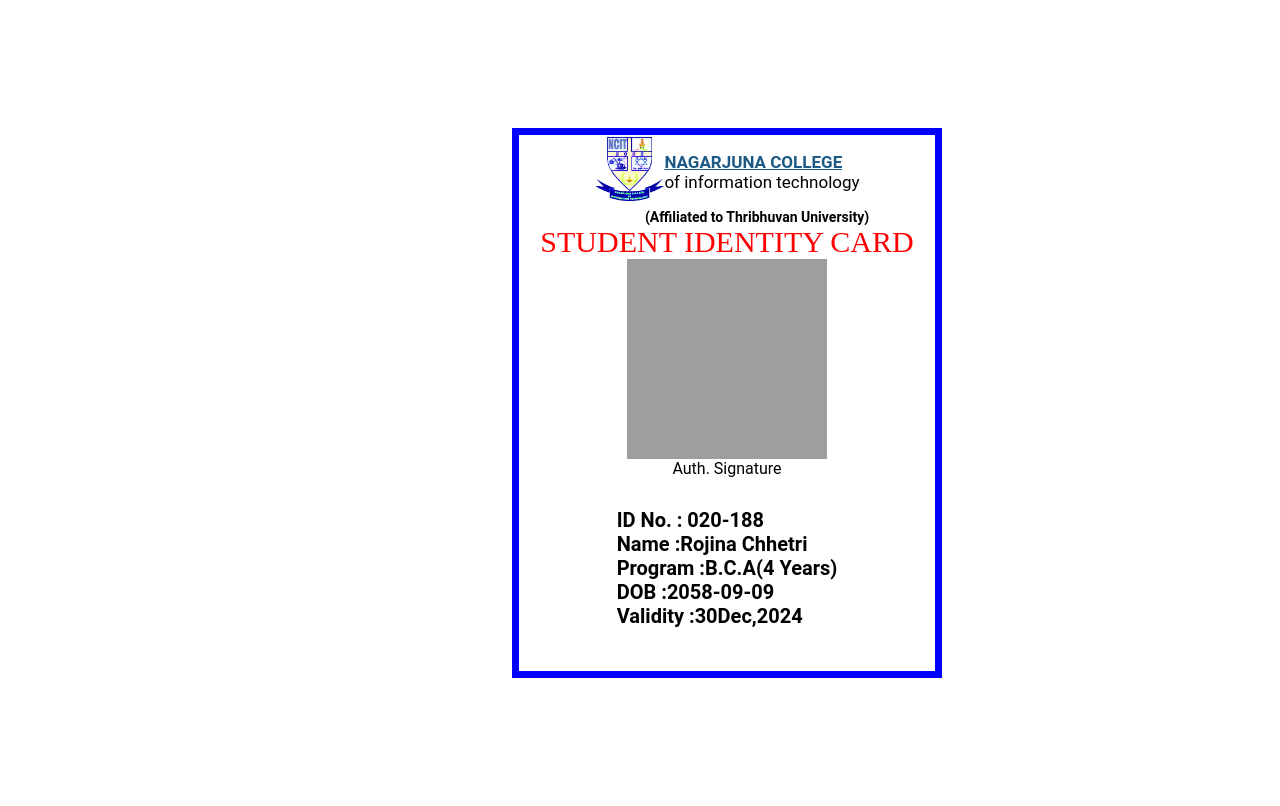
Repository: Rojinachhetri/roji
Page: rojina.html
An editor plug-in stored every save of this project. The page is shown before and after the next save, followed by the edit.
The browser window is 1280 px wide. The pictures show the whole page.
Pictures or frames that could not be fetched are drawn as grey boxes.

Above is the page before, as saved 2023-04-24 22:39:16.

After the next save:
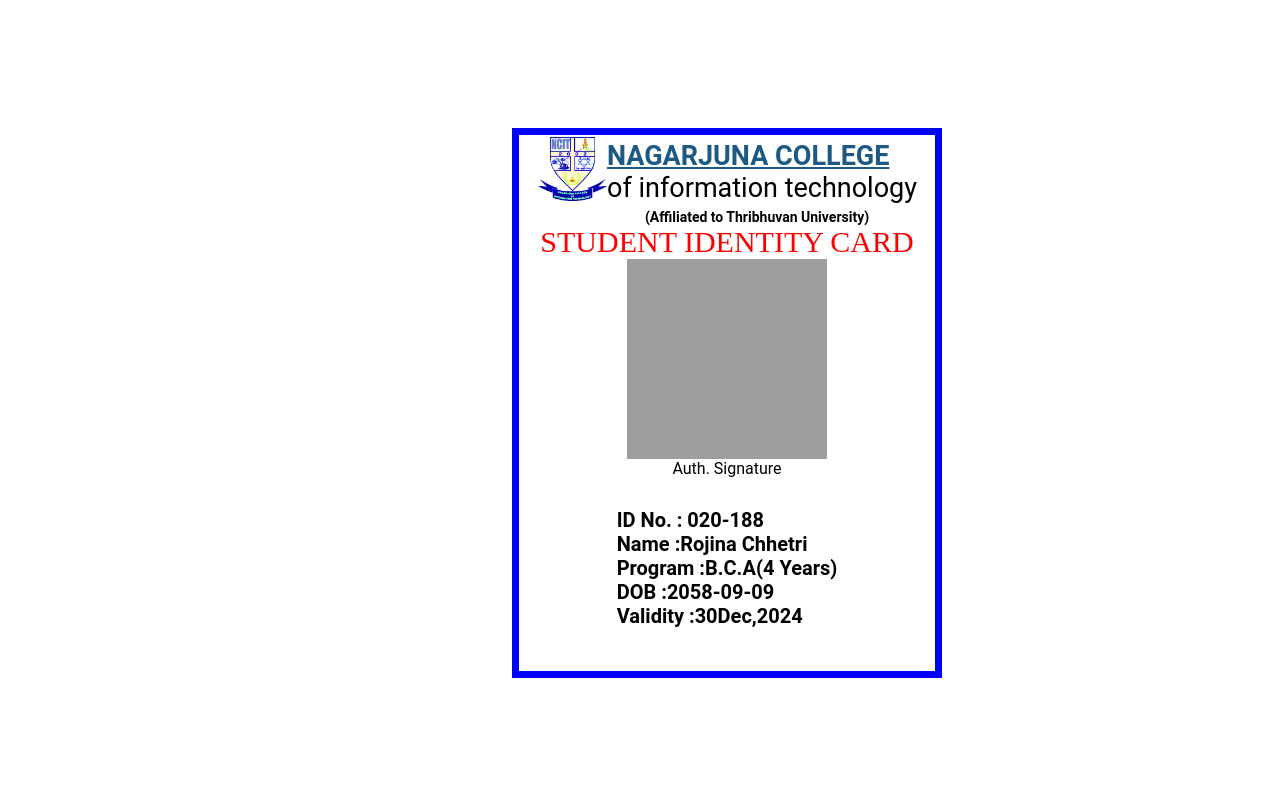
Saved 15 s later.
--- a/rojina.css
+++ b/rojina.css
@@ -23,7 +23,7 @@
     }
 
     .container_text {
-        font-size: 17px;
+        font-size: 27px;
     }
 
     .container_text .name {
